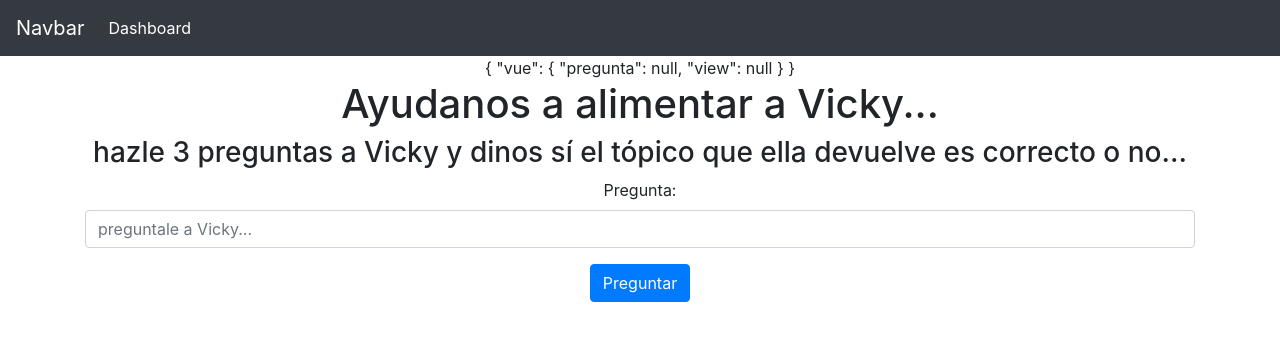
Repository: Crixtiancub/feedback_Vicky
Page: http://localhost/
The author's editor kept a copy of each file at every save. The page is drawn from the files as they stood at one save, then again after the next save.
The browser window is 1280 px wide. The pictures show the whole page.
The page is served by the project's application, run on Django 3.2 (manage.py).

Above is the page before, as saved 2021-05-11 10:35:17.

After the next save:
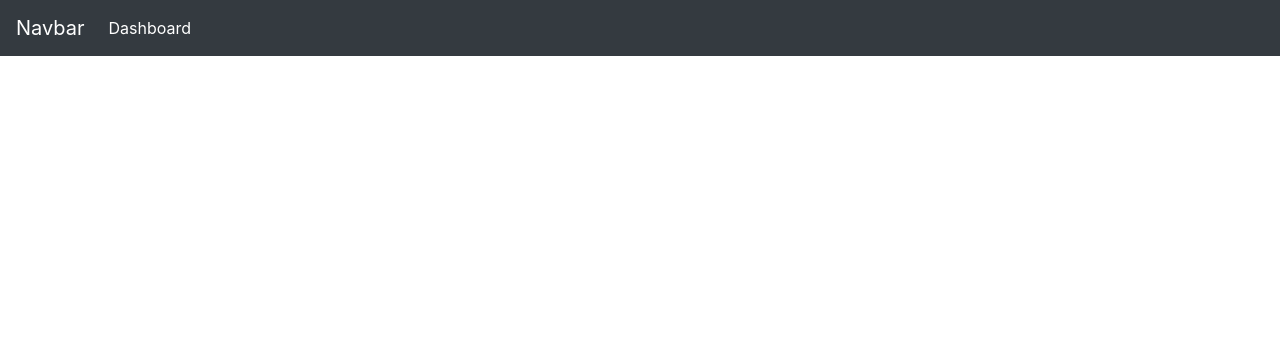
Saved 118 s later.
--- a/vicky/templates/dashboard.html
+++ b/vicky/templates/dashboard.html
@@ -23,7 +23,7 @@
             placeholder="preguntale a Vicky..." required>
         </div>
 
-        <button type="submit" id="preguntar" class="btn btn-primary" v-on:click="vue.view = true">Preguntar</button>
+        <button type="submit" id="preguntar" class="btn btn-primary" v-on:click="view = true">Preguntar</button>
     </form>
 
     <br>
@@ -64,10 +64,7 @@
         delimiters: ['[[', ']]'],
         el: '#form_vicky',
         data: {
-            vue :{
-                pregunta: null,
-                view: null
-            }
+            view: false
         },
         methods:{
             checkForm: function (e) {

After the 2 saves that followed:
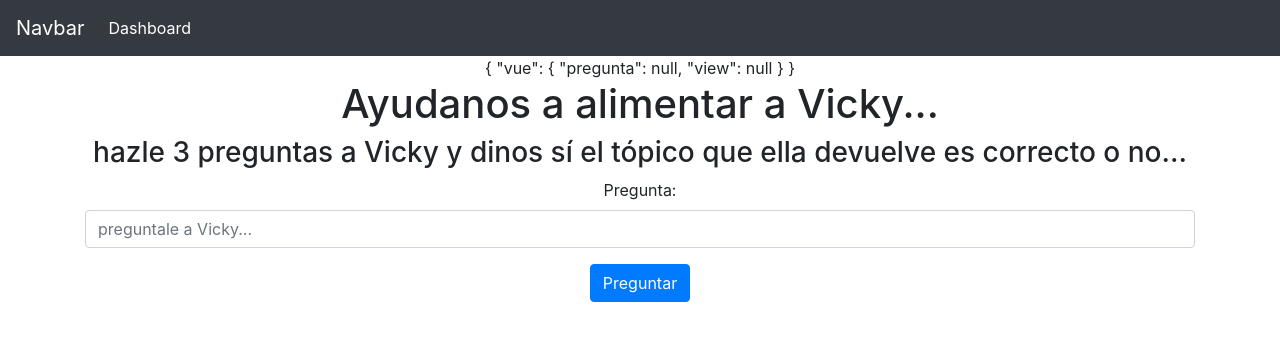
The 2 saves are shown as one change because 1 left the picture as it was.
The last was saved 113 s later.
--- a/vicky/templates/dashboard.html
+++ b/vicky/templates/dashboard.html
@@ -23,7 +23,7 @@
             placeholder="preguntale a Vicky..." required>
         </div>
 
-        <button type="submit" id="preguntar" class="btn btn-primary" v-on:click="view = true">Preguntar</button>
+        <button type="submit" id="preguntar" class="btn btn-primary" v-on:click="vue.view = true">Preguntar</button>
     </form>
 
     <br>
@@ -64,7 +64,10 @@
         delimiters: ['[[', ']]'],
         el: '#form_vicky',
         data: {
-            view: false
+            vue :{
+                pregunta: null,
+                view: null
+            }
         },
         methods:{
             checkForm: function (e) {
